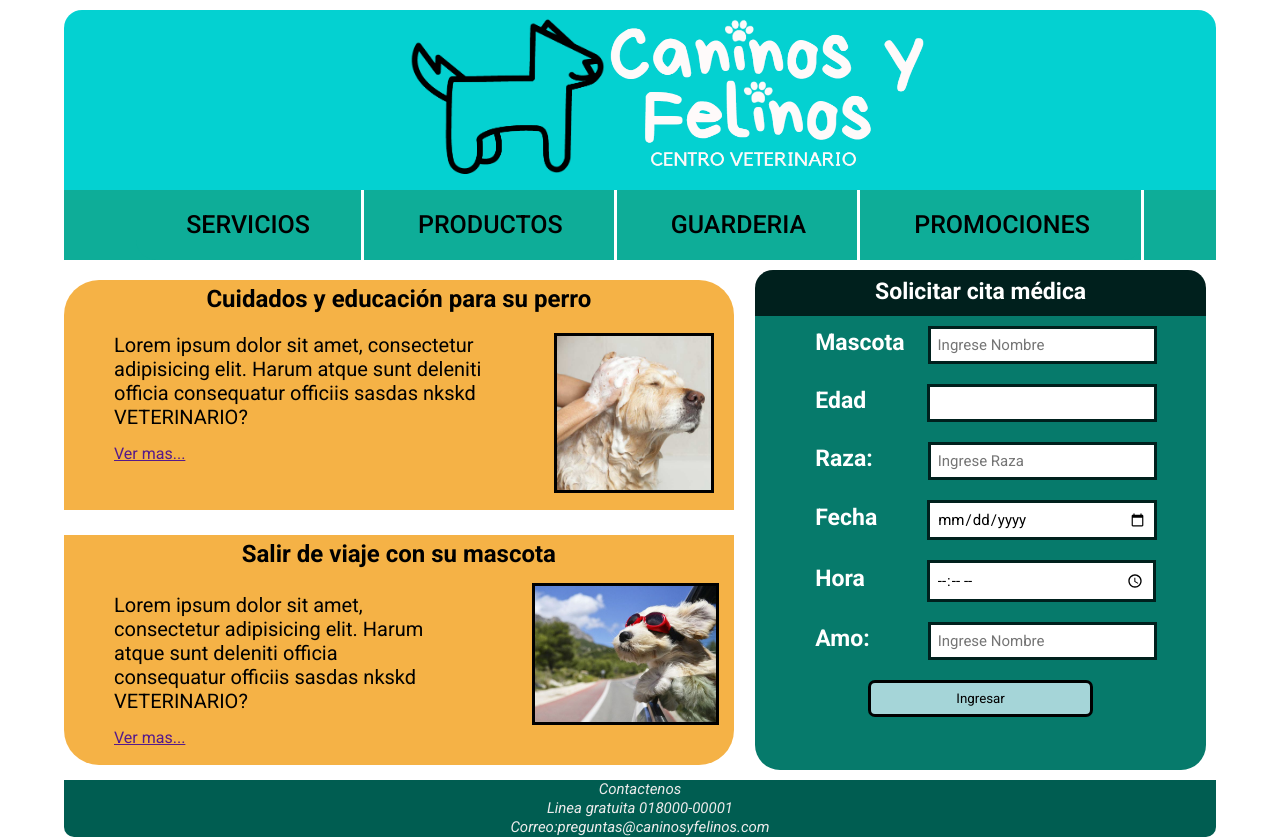
Repository: NickArregoces/Veterinaria
Page: Index.html
An editor plug-in stored every save of this project. The page is shown before and after the next save, followed by the edit.
The browser window is 1280 px wide. The pictures show the whole page.

Above is the page before, as saved 2021-10-15 15:22:38.

After the next save:
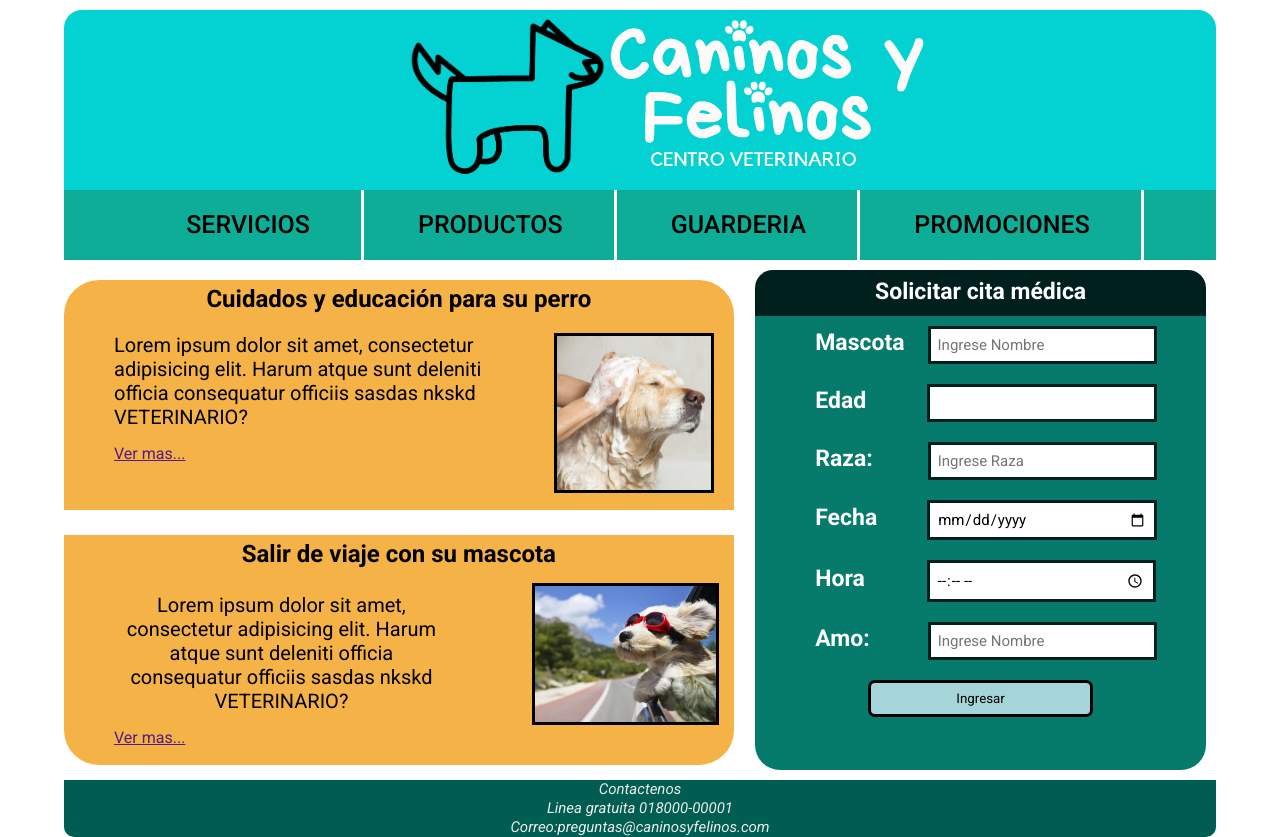
Saved 63 s later.
--- a/CSS/Style.css
+++ b/CSS/Style.css
@@ -215,6 +215,7 @@ aside{
             margin-top: 25px;
             margin-left: 50px;
             width: 50%;
+            text-align: center;
             display: inline-block;
         }
         div.vinculo1 a{
